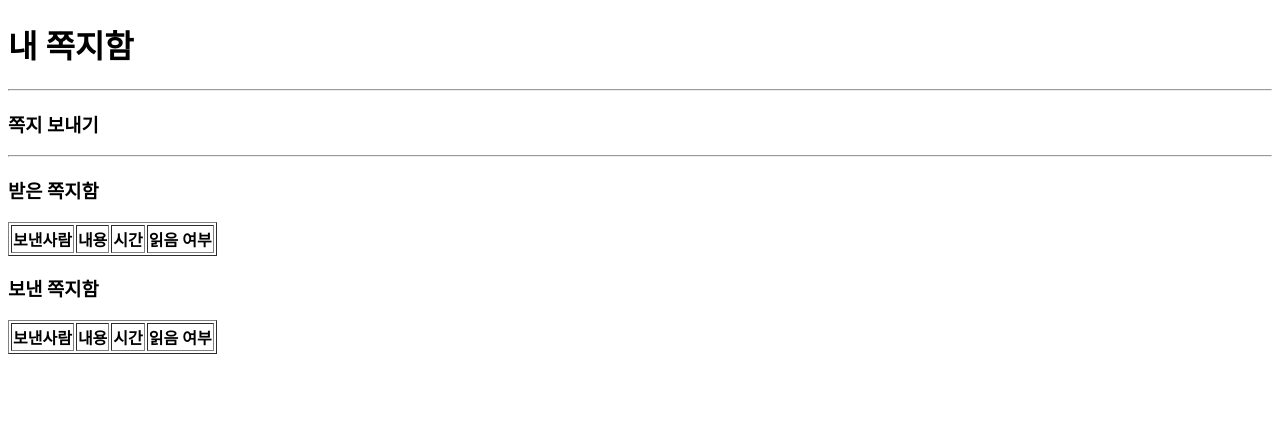
Repository: ParkHyeonju12/Spring
Page: http://localhost/05_Spring_Websocket/WEB-INF/views/dm/dmMain.jsp
These files come from the project's save history. The page is drawn as it stood at one moment and after the next save; the edit follows.
The browser window is 1280 px wide. The pictures show the whole page.
The page is served by Tomcat 9. Nobody is signed in. The template is opened directly, without the code that normally fills it, so the values that code supplies are empty.

Above is the page before, as saved 2022-10-13 08:40:29.

After the next save:
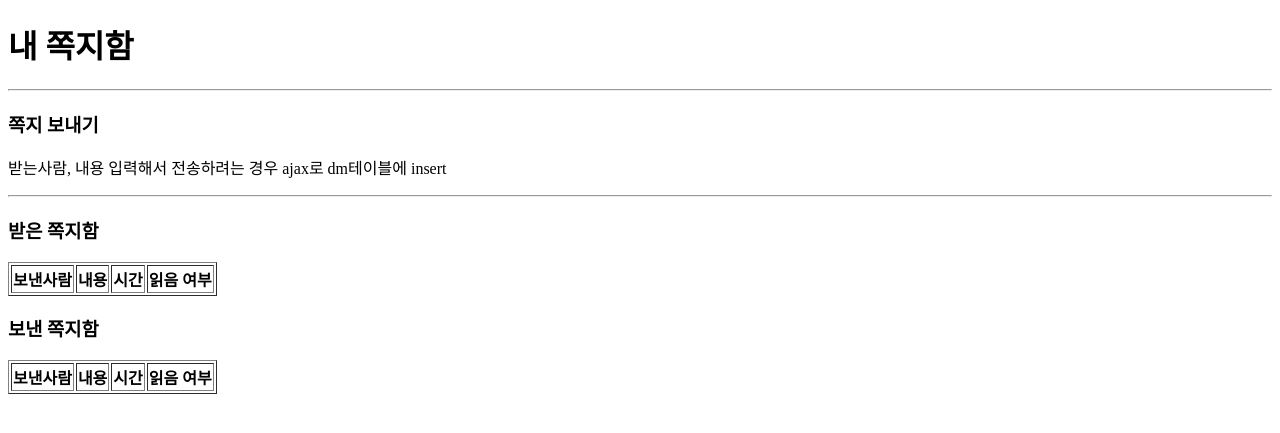
Saved 3 min 8 s later.
--- a/05_Spring_Websocket/src/main/webapp/WEB-INF/views/dm/dmMain.jsp
+++ b/05_Spring_Websocket/src/main/webapp/WEB-INF/views/dm/dmMain.jsp
@@ -10,6 +10,7 @@
 	<h1>내 쪽지함</h1>
 	<hr>
 	<h3>쪽지 보내기</h3>
+	<p>받는사람, 내용 입력해서 전송하려는 경우 ajax로 dm테이블에 insert</p>
 	<hr>
 	<h3>받은 쪽지함</h3>
 	<table border="1" class="receiveDmTbl">
